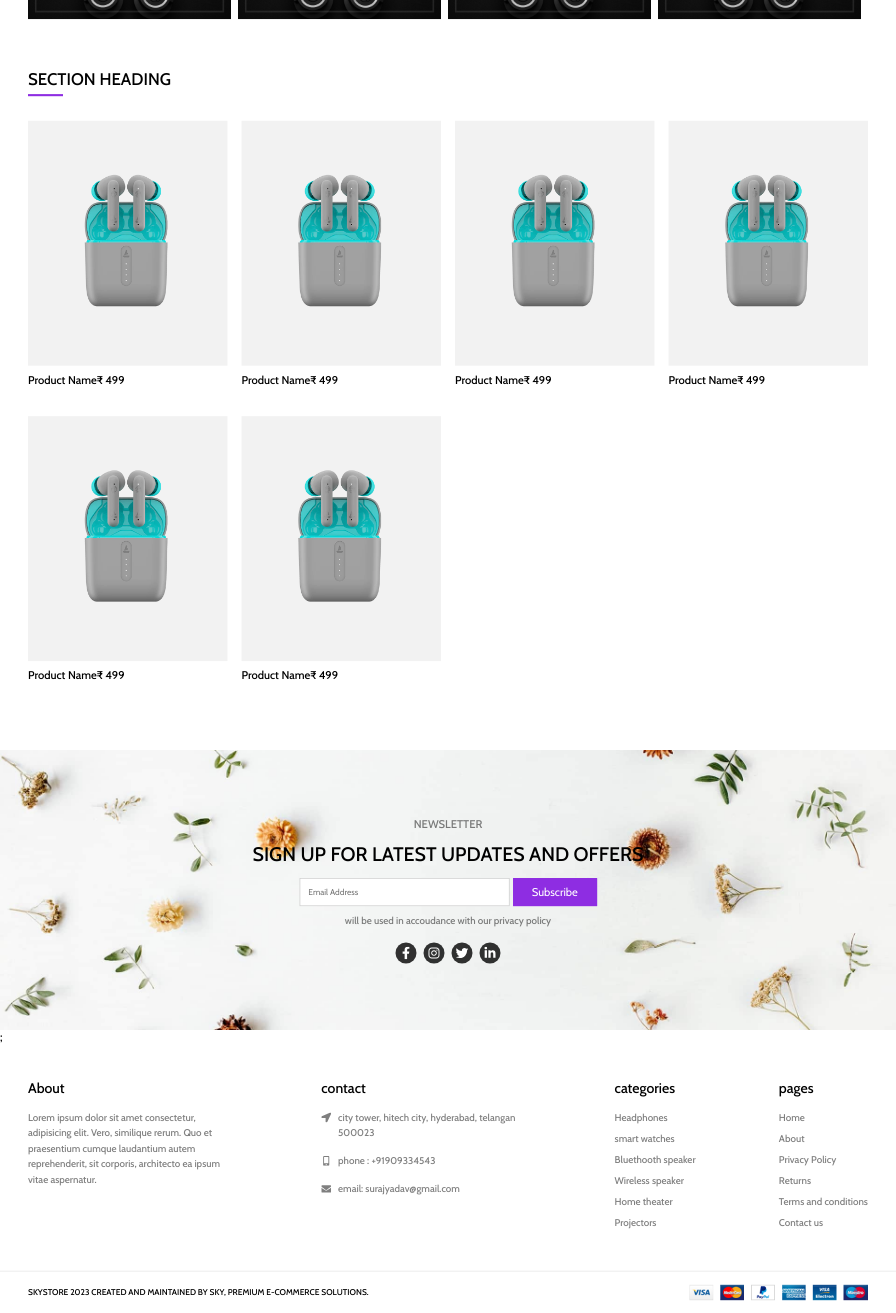
Repository: suraj-yadav7/ecommerce
Page: /
These files come from the project's save history. The page is drawn as it stood at one moment and after the next save; the edit follows.
The browser window is 1280 px wide. The pictures show the part of the page from y = 869 to 2789 px (the page is 2745 px tall before and 2789 px after), at 70% of full size.
The project was rebuilt for these pictures with package versions that can differ from the ones it lists, and the page was loaded fresh each time. Also part of the build but not shown: src/components/Category/Category.scss, src/components/Category/Category.jsx, src/components/SingleProduct/SingleProduct.scss, src/components/SingleProduct/SingleProduct.jsx, src/App.scss, src/components/Header/Search/Search.scss, src/components/Header/Search/Search.jsx, src/components/Cart/Cart.scss and 1 more.

Above is the page before, as saved 2023-06-19 11:57:14.

### src/index.jsx
import React from 'react';
import ReactDOM from 'react-dom/client';
import './index.scss';
import App from './App';
import { Provider } from 'react-redux';
import store from './store/store';

const root = ReactDOM.createRoot(document.getElementById('root'));
root.render(
<Provider store={store}>
    <App />
</Provider>
);

### src/App.jsx
import React from 'react';
import { BrowserRouter as Router, Routes, Route } from 'react-router-dom';
import Home from "./components/Home/Home"
import Category from "./components/Category/Category"
import SingleProduct from "./components/SingleProduct/SingleProduct"
import './App.scss';
import Header from './components/Header/Header';
import Footer from './components/Footer/Footer';
import Newsletter from './components/Footer/Newsletter/Newsletter';

function App() {
  return (
   <>
   <Router>
    <Header/>
    <Routes>
        <Route exact path="/" element={<Home/>} />
        <Route exact path="/category/:id" element={<Category/>} />
        <Route exact path="/product/:id" element={<SingleProduct/>} />
    </Routes>
    <Newsletter/>
    <Footer />
   </Router>
   </>
  );
}

export default App;

### src/store/store.jsx
import { configureStore } from "@reduxjs/toolkit";
import productSlice from "./slices/productSlice";


const store = configureStore({
    reducer:{
        product:productSlice
    }
})

export default store;

### src/components/Home/Home.jsx
import { useDispatch, useSelector } from "react-redux";
import "./Home.scss";
import { addElement } from "../../store/slices/productSlice";
import Banner from "./Banner/Banner";
import Category from "../Home/Category/Category";
import Products from "../Products/Products";


const Home = () => {
    const dispatch = useDispatch()
    const data = useSelector((state) => state.product.data)
    return (
        <>
            <div className="home">
                <Banner />
                <div className="main-content">
                    <div className="layout">
                        <Category />
                        <Products />
                    </div>
                </div>
            </div>
        </>

    )
};

export default Home;

### src/components/Header/Header.jsx
import "./Header.scss";
import Search from "./Search/Search"
import Cart from "../Cart/Cart"
import { TbSearch } from "react-icons/tb"
import { CgShoppingCart } from "react-icons/cg"
import { AiOutlineHeart } from "react-icons/ai"
import "./Header.scss"
import { useEffect, useState } from "react";

const Header = () => {
    const [scrollVal, setScrollVal] = useState(false)
    const handleScroll = ()=>{
        const offset = window.scrollY;
        console.log(offset)
        if(offset > 200){
            setScrollVal(true)
        }
        else{
            setScrollVal(false)
        }
    }
    useEffect(()=>{
        window.addEventListener("scroll", handleScroll)
    },[])

    return (
        <>
            <header className={`main-header ${scrollVal? "sticky-header":""}`}>
                <div className="header-content">
                    <ul className="left" >
                        <li>Home</li>
                        <li>About</li>
                        <li>Categories</li>
                    </ul>
                    <div className="center"> SKY STORE</div>
                    <div className="right">
                        <TbSearch />
                        <AiOutlineHeart />
                        <span className="cart-icon">
                            <CgShoppingCart />1
                        </span>
                    </div>
                </div >
            </header >
        </>
    )
};

export default Header;

### src/components/Footer/Footer.jsx
import React from "react";
import "./Footer.scss";
import { FaLocationArrow, FaMobileAlt, FaEnvelope } from "react-icons/fa";
import Payment from "../../assets/payments.png";
const Footer = () => {
    return (
        <footer className="footer">
            <div className="footer-content">
                <div className="col">
                    <div className="title" > About</div>
                    <div className="text">Lorem ipsum dolor sit amet consectetur, adipisicing elit. Vero, similique rerum. Quo et praesentium cumque laudantium autem reprehenderit, sit corporis, architecto ea ipsum vitae aspernatur. </div>
                </div>
                <div className="col">
                    <div className="title" > contact</div>
                    <div className="c-item">
                        <FaLocationArrow />
                        <div className="text">city tower, hitech city, hyderabad, telangan 500023</div>
                    </div>
                    <div className="c-item">
                        <FaMobileAlt />
                        <div className="text">phone : +91909334543</div>
                    </div>
                    <div className="c-item">
                        <FaEnvelope />
                        <div className="text">email: surajyadav@gmail.com</div>
                    </div>

                </div>
                <div className="col">
                    <div className="title" > categories</div>
                    <div className="text">Headphones</div>
                    <div className="text">smart watches</div>
                    <div className="text">Bluethooth speaker</div>
                    <div className="text">Wireless speaker</div>
                    <div className="text">Home theater</div>
                    <div className="text">Projectors</div>
                </div>
                <div className="col">
                    <div className="title" > pages</div>
                    <div className="text">Home</div>
                    <div className="text">About</div>
                    <div className="text">Privacy Policy</div>
                    <div className="text">Returns</div>
                    <div className="text">Terms and conditions</div>
                    <div className="text">Contact us</div>
                </div>
            </div>
            <div className="bottom-bar">
                <div className="bottom-bar-content">
                    <div className="text">
                        SKYSTORE 2023 CREATED AND MAINTAINED BY SKY, PREMIUM E-COMMERCE SOLUTIONS.
                    </div>
                    <img src={Payment} alt="payment-options"/>
                </div>
            </div>
        </footer>
    )
};
export default Footer;

### src/components/Footer/Newsletter/Newsletter.jsx
import React from "react";
import {
    FaFacebookF,
    FaTwitter,
    FaInstagram,
    FaLinkedinIn,
} from "react-icons/fa";
import "./Newsletter.scss"

const Newsletter = () => {
    return (
    <>
        <div className="newsletter-section">
            <div className="newsletter-content">
                <span className="small-text" >Newsletter</span>
                <span className="big-text"> Sign up for latest updates and offers</span>
                <div className="form">
                    <input type="text" placeholder="Email Address" />
                    <button className="btn-sub">Subscribe</button>
                </div>
                <div className="text">will be used in accoudance with our privacy policy </div>
                <div className="social-icons">
                    <div className="icon">
                        <FaFacebookF size={18} />
                    </div>
                    <div className="icon">
                        <FaInstagram size={18} />
                    </div>
                    <div className="icon">
                        <FaTwitter size={18} />
                    </div>
                    <div className="icon">
                        <FaLinkedinIn size={18} />
                    </div>

                </div>
            </div>
        </div>;
    </>
    )
};
export default Newsletter;

### src/store/slices/productSlice.jsx
import { createSlice } from "@reduxjs/toolkit";

const productSlice = createSlice({
    name:"productSlice",
    initialState:{
        data:["lg", "sansung", "onida"],
        loading:false,
        error:null
    },

    reducers:{
        addElement:(state, action)=>{
            state.data.push(action.payload)
        },

    },

    extraReducers:{

    }


})

export default productSlice.reducer

export const {addElement}= productSlice.actions;

### src/components/Home/Home.scss
@import "../../css-config/mixins.scss";

.main-content{
    max-width: calc(100% - 20px);
    margin: 0 auto;
    @include md{
        max-width: 1200px;
    }
}

### src/components/Home/Banner/Banner.jsx
import "./Banner.scss";
import BannerImg from '../../../assets/banner-img.png'
const Banner = () => {
    return(
        <>
        <div className="hero-banner">
            <div className="content">
                <div className="text-content">
                    <h1>Sales</h1>
                    <p>Lorem ipsum dolor sit, amet consectetur adipisicing elit. Eligendi enim esse voluptas placeat voluptatem sint reiciendis. Adipisci vitae error id tempora animi dolorem? Debitis sapiente ea a facilis nostrum voluptates sint ut vitae possimus quae?</p>
                    <div className="ctas">
                        <div className="banner-cta">Read More</div>
                        <div className="banner-cta v2">Shop now</div>
                    </div>
                </div>
                <img src={BannerImg}className="banner-img" alt="banner-img"></img>
            </div>

        </div>

        </>
)
};

export default Banner;

### src/components/Home/Category/Category.jsx
import React from "react";
import cart1 from "../../../assets/category/cat-1.jpg"
import "./Category.scss";
const Category = () => {
    return (
    <>
        <div className="shop-by-category">
            <div className="categories">
                <div className="category">
                    <img src={cart1} alt=""/>
                </div>
                <div className="category">
                    <img src={cart1} alt=""/>
                </div>
                <div className="category">
                    <img src={cart1} alt=""/>
                </div>

                <div className="category">
                    <img src={cart1} alt=""/>
                </div>
            </div>

        </div>

    </>
    )
};

export default Category;

### src/components/Products/Products.jsx
import React from "react";
import Product from "./Product/Product"
import "./Products.scss";
const Products = () => {
    return (
        <>
        <div className="products-container">
            <div className="sec-heading">section heading</div>
            <div className="products">
                <Product />
                <Product />
                <Product />
                <Product />
                <Product />
                <Product />
            </div>
        </div>
        </>
        )
};

export default Products;

### src/components/Header/Header.scss
@import "../../css-config/mixins.scss";

.main-header {
    width: 100%;
    padding: 0 20px;
    background-color: #212121;
    color: white;
    border-bottom: 1px solid rgba(0, 0, 0, 0.1);
    z-index: 99;
    @include md {
        padding: 0 40px;
    }

    .header-content {
        display: flex;
        justify-content: space-between;
        align-items: center;
        height: 50px;
        max-width: 95%;
        margin: 0 auto;

        @include md {
            height: 60px;
        }

        .left {
            list-style-type: none;
            display: none;
            gap: 25px;

            @include md {
                display: flex;
            }

            li {
                font-size: 14px;
                font-weight: 600;
                text-transform: uppercase;
                cursor: pointer;
            }
        }

        •center {
            font-size: 22px;
            font-weight: 700;
            cursor: pointer;

            @include md {
                font-size: 33px;
                position: absolute;
                left: 50%;
                transform: translateX(-50%);
            }
        }

        .right {
            display: flex;
            align-items: center;
            gap: 20px;

            @include md {
                gap: 25px;
            }

            svg {
                font-size: 20px;
                cursor: pointer;

                @include md {
                    font-size: 24px;
                }
            }

            .cart-icon {
                position: relative;

                span {
                    min-width: 20px;
                    text-align: center;
                    background-color: #8e2de2;
                    padding: 2.5px;
                    position: absolute;
                    top: -5px;
                    right: -12px;
                    font-size: 12px;
                    line-height: 1;
                    border-radius: 10px;

                }
            }
        }

    }

    &.sticky-header{
        position: sticky;
        top:0;
        transform: translateY(-60);
        animation: stickyHeader 0.3s ease forwards;
    }
}

@keyframes stickyHeader{
    0%{
        transform: translateY(-60px);
    }
    100%{
        transform: translateY(0);
    }
}

### src/components/Footer/Footer.scss
@import "../../css-config/mixins.scss";

.footer {
    width: 100%;

    .footer-content {
        padding: 50px 20px;
        max-width: 1200px;
        margin: 0 auto;
        display: flex;
        flex-flow: wrap;
        gap: 20px;

        @include md {
            justify-content: space-between;
            padding: 50px 0;
        }

        .col {
            max-width: 300px;

            .title {
                margin-bottom: 20px;
                font-size: 20px;
            }

            .text {
                color: rgb(0, 0, 0, 0.5);
                font-size: 14px;
                margin-bottom: 8px;
            }

            .c-item {
                display: flex;
                margin-bottom: 10px;

                svg {
                    flex-shrink: 0;
                    font-size: 14px;
                    margin-right: 10px;
                    margin-top: 4px;
                    color: rgb(0, 0, 0, 0.5);

                }
            }
        }
    }

    .bottom-bar {
        border-top: 1px solid rgba(0, 0, 0, 0.1);
        .bottom-bar-content {
            padding: 20px;
            display: flex;
            align-items: center;
            flex-direction: column;
            text-align: center;
            gap: 10px;
            @include md {
                padding: 0;
                height: 60px;
                max-width: 1200px;
                margin: 0 auto;
                flex-direction: row;
                justify-content: space-between;
                text-align: left;
            }
            .text {
                font-size: 12px;
                color: Orgba (0, 0, 0, 0.5);
            }
        }
    }
}

### src/components/Footer/Newsletter/Newsletter.scss
@import "../../../css-config/mixins.scss";

.newsletter-section {
    width: 100%;
    height: 400px;
    display: flex;
    align-items: center;
    background: #f9f9f9 url("../../../assets/newsletter-bg.jpeg");
    background-position: center;
    background-repeat: no-repeat;
    background-size: cover;

    .newsletter-content {
        width: fit-content;
        display: flex;
        flex-direction: column;
        align-items: center;
        margin: 0 auto;
        text-align: center;

        .small-text {
            margin-bottom: 15px;
            text-transform: uppercase;
            color: rgba(0, 0, 0, 0.5);
        }

        .big-text {
            margin-bottom: 20px;
            font-size: 22px;
            line-height: 30px;
            font-weight: 500;
            text-transform: uppercase;
            padding: 0 30px;

            @include md {
                font-size: 28px;
            }
        }

        .form {
            display: flex;
            gap: 05px;
            margin-bottom: 10px;

            .btn-sub {
                outline: 0;
                border: 0;
                height: 40px;
                width: 100px;
                display: flex;
                align-items: center;
                justify-content: center;
                cursor: pointer;
                font-size: 16px;
                color: white;
                background-color: #8e2de2;
                border: 3px solid #8e2de2;

                @include md {
                    width: 120px;
                }
            }

            input {
                width: 200px;
                height: 40px;
                border-radius: 0;
                border: 1px solid rgba(0, 0, 0, 0.2);
                padding: 0 12px;
                font-size: 12px;
                outline: none;

                @include md {
                    width: 300px;
                }

            }


        }

        .text {
            margin-bottom: 20px;
            font-size: 14px;
            color: rgb(0, 0, 0, 0.5);
        }

        .social-icons {
            display: flex;
            gap: 10px;
            .icon {
                width: 30px;
                height: 30px;
                background-color: rgba(0, 0, 0, 0.8);
                border-radius: 50%;
                color: white;
                display: flex;
                justify-content: center;
                align-items: center;
            }
        }

        }
    }

### src/components/Home/Banner/Banner.scss
@import "../../../css-config/mixins.scss";

.hero-banner {
    padding: 40px 0;
    position: relative;
    background-image: linear-gradient(to right, #8e2de2, #4a00ed);
    @include md {
    height: calc(100vh - 80px) ;
    }
    .content{
    height: 100%;
    display: flex;
    justify-content: flex-end;
    align-items: center;
    flex-direction: column-reverse;
    max-width: calc(100% - 20px);
    margin: 0 auto;
    position: relative;
    @include md {
    flex-direction: row;
    max-width: 1200px;
    }
    .banner-img {
        position: relative;
        z-index: 9;
        width: 200px;
        margin-bottom: 20px;
        @include md{
            width: 450px;
            margin-right: 0px;
            margin-top: 0px;
            margin-bottom: 0;
        }
        @include xxl {
        width: 600px;
        margin-right: 0;
        margin-top: 0;
    }
    }
    .text-content {
        color: white;
        text-align: center;
        display: flex;
        flex-direction: column;
        align-items: center;
        @include md {
        position: absolute;
        left: 50px;
        top: 50%;
        transform: translateY(-50%) ;
        }
        @include xxl {
        left: 0;
        }
        h1{
            font-size: 80px;
            font-weight: 700;
            line-height: 1;
            margin-bottom: 20px;
            @include md{
                font-size: 150px;
            }
        }

        p{
            max-width: 300px;
            font-size: 14px;
            list-style: 20px;
            margin-bottom: 20px;
            @include md{
                max-width: 500px;
                font-size: 18px;
                line-height: 22px;
                margin-bottom: 40px;
            }
        }
        .ctas{
            display: flex;
            justify-content: center;
            gap: 20px;
            .banner-cta{
                text-transform: uppercase;
                font-size: 12px;
                font-weight: 500;
                width: fit-content;
                border: 2px solid white;
                padding: 10px 20px;
                cursor: pointer;
                &.v2{
                    background-color: white;
                    color: black;

                }
                &:hover{
                    opacity: 0.6;
                }
            }
        }
     }
    }
 }

### src/components/Home/Category/Category.scss
@import "../../../css-config/mixins.scss";

.shop-by-category {
    margin: 25px 0;
    @include md {
        margin: 50px 0;
    }
    .categories {
        display: flex;
        flex-flow: wrap;
        gap: 10px;
        .category {
            background-color: Oblack;
            width: calc(50% - 5px);
            cursor: pointer;
            overflow: hidden;
            @include md {
                width: calc(25% - 10px);
            }
            img {
                width: 100%;
                display: block;
                transition: all ease 0.3s;

            }
            &:hover{
                img{
                    transform: scale(1.2)
                }
            }
        }
    }
}

### src/components/Products/Product/Product.jsx
import React from "react";
import prod from "../../../assets/products/earbuds-prod-1.webp"
import "./Product.scss";
const Product = () => {
    return(
        <>
        <div className="product-card">
            <div className="thumbnail">
                <img src={prod} alt="" />
            </div>
            <div className="prod-details">
                <span className="name">Product Name</span>
                <span className="price">&#8377; 499</span>
            </div>
        </div>
         </>
    )
};

export default Product;

### src/components/Products/Products.scss
@import "../../css-config/mixins.scss";

.products-container {
    margin: 50px 0;
    @include md {
        margin: 75px 0;
    }
    .sec-heading {
        margin-bottom: 20px;
        font-size: 18px;
        font-weight: 500;
        text-transform: uppercase;
        @include md {
            margin-bottom: 35px;
            font-size: 24px;
        }
        &:after {
            content: "";
            display: block;
            margin-top: 5px;
            width: 50px;
            height: 3px;
            background-color: #8e2de2;
            @include md{
                margin-top: 10px;
            }
        }
    }
    .products{
        display: flex;
        flex-flow: wrap;
        gap: 10px;
        @include md{
            gap: 20px
        }
    }
}

### src/components/Products/Product/Product.scss
@import "../../../css-config/mixins.scss";

.product-card {
    width: calc(50% - 5px);
    margin-bottom: 20px;
    @include md {
        width: calc(25% - 15px);
    }
    .thumbnail {
        width: 100%;
        height: 180px;
        background-color: rgba(0, 0, 0, 0.05);
        margin-bottom: 10px;
        padding: 25px;
        display: flex;
        align-items: center;
        @include md {
            height: 350px;
        }
        img{
            transition: all ease 0.3s;
            display: block;
            width: 100%;
        }
    }
}

Loaded but not shown: public/index.html (common file); src/index.scss (common file); src/css-config/mixins.scss (common file)

After the next save:
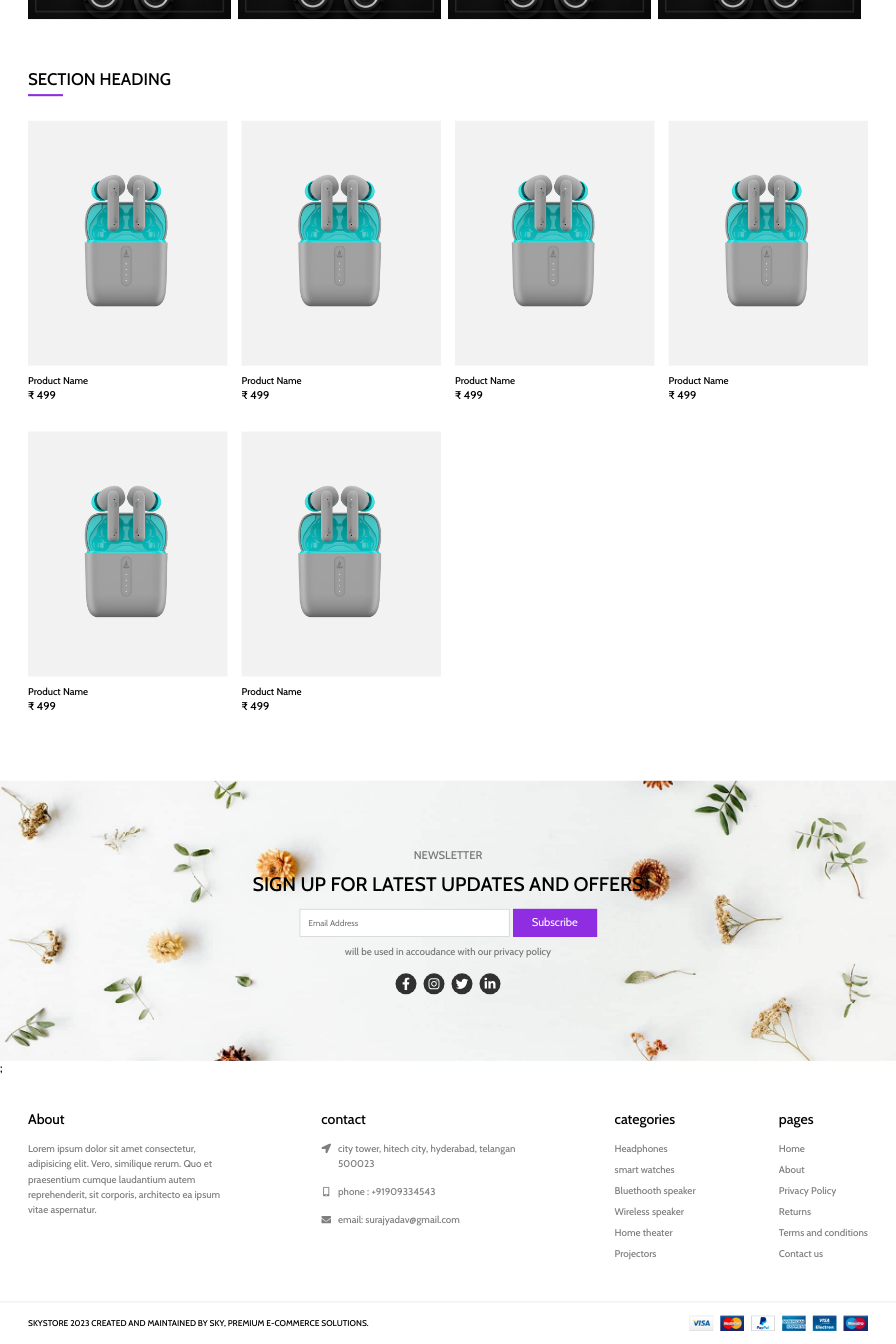
Saved 2 min 30 s later.
--- a/src/components/Products/Product/Product.scss
+++ b/src/components/Products/Product/Product.scss
@@ -22,5 +22,15 @@
             display: block;
             width: 100%;
         }
+
+    }
+    .prod-details{
+        .name{
+            font-size: 14px;
+            display: block;
+            text-overflow: ellipsis;
+            white-space: nowrap;
+            overflow: hidden;
+        }
     }
 }
